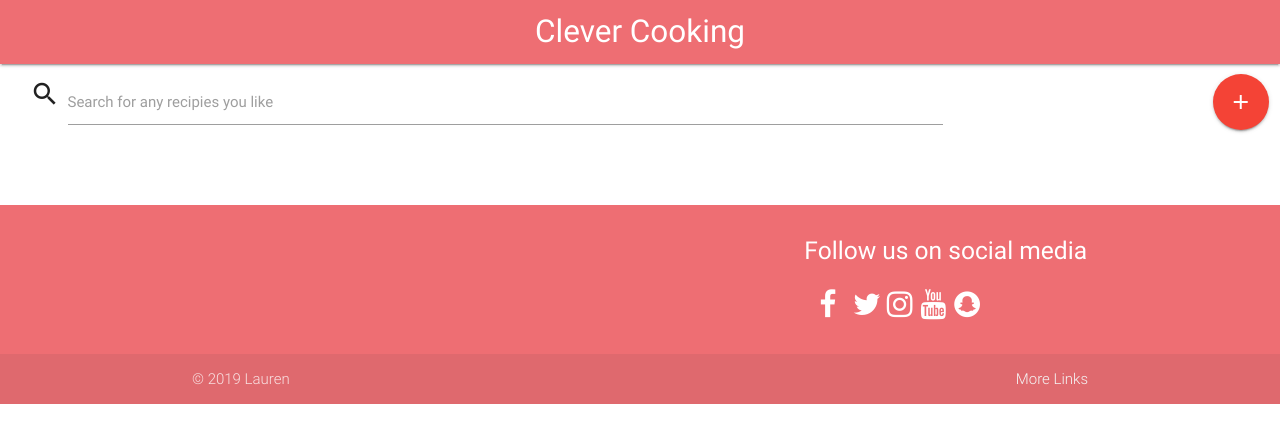
Repository: Code-Institute-Submissions/online-recipe-cookbook
Page: http://localhost/
The author's editor kept a record of every edit. The page is drawn from the files as they stood at one moment, then again after the next edit.
The browser window is 1280 px wide. The pictures show the whole page.
Some web libraries are served in a nearby version. The page is served by the project's application, run on Flask 3 (app.py). Queries for data that is not in the repository find no rows.

Above is the page before.

### templates/home.html
{% extends 'base.html' %}
{% block content %}
<!DOCTYPE html>
<html>
    <head>

    </head>
    <body>
        <div class="row">

            <div class="col s12">
              <div class="row">
                <div class="input-field col s9">
                  <i class="center-align material-icons prefix">search</i>
                  <input method="POST" action="{{url_for('get_recipe_names')}}" type="text" id="autocomplete-input" class="autocomplete">
                  <label for="autocomplete-input">Search for any recipies you like</label>
                </div>
                <a href="{{url_for('add_recipe')}}" class="btn-floating right-align btn-large waves-effect waves-light red" style="float: right; margin-top: 10px"><i class="material-icons">add</i></a>
              </div>
            </div>
         </div>
        <div class="row">
         {% for recipe in recipes %}

             <div class="card col s12 m6 l4 medium">
                <div class="card-image waves-effect waves-block waves-light">
                  <img class="activator" src={{ recipe.image_link}}>
                </div>
                <div class="card-content">
                  <span class="card-title activator grey-text text-darken-4">{{ recipe.recipe_name }}<i class="material-icons right">more_vert</i></span>
                  <p><a href="{{url_for('show_recipe', recipe_id=recipe._id)}}">View full recipe</a></p>
                  <span><i class="material-icons left">favorite</i> <p>{{recipe.likes}}</p></span>
                </div>
                <div class="card-reveal">
                  <span class="card-title grey-text text-darken-4">{{ recipe.recipe_name }}<i class="material-icons right">close</i></span>
                  <p>{{recipe.ingredients}}</p>
                  <span><a href="{{ url_for('edit_recipe', recipe_id=recipe._id)}}"><i class="material-icons right">edit</i></a></span>
                </div>
         </div>

         {% endfor %}

                 </div>
    </body>
</html>
{% endblock %}

### templates/base.html
<!DOCTYPE html>
<html>

<head>
    <link href="https://fonts.googleapis.com/icon?family=Material+Icons" rel="stylesheet">
    <link rel="stylesheet" href="https://cdnjs.cloudflare.com/ajax/libs/materialize/0.100.2/css/materialize.min.css">
    <link rel="stylesheet" href="{{url_for('static', filename='css/style.css')}}" type="text/css"/>
    <link rel="stylesheet" href="https://cdnjs.cloudflare.com/ajax/libs/font-awesome/4.7.0/css/font-awesome.min.css">
</head>

<body>
    <header>
      <nav>
        <div class="nav-wrapper">
          <a href="{{url_for('get_top_recipes')}}" class="brand-logo center">Clever Cooking</a>
        </div>
      </nav>
    </header>
    {% block content %}

    {% endblock %}

    <script src="https://cdnjs.cloudflare.com/ajax/libs/jquery/3.2.1/jquery.min.js"></script>
    <script src="https://cdnjs.cloudflare.com/ajax/libs/materialize/0.100.2/js/materialize.min.js"></script>
    <script type="text/javascript">
    $(document).ready(function(){
    $('.modal').modal();

    function sendItem(val) {
        console.log(val);
    }
    $(function () {
            $('input.autocomplete').autocomplete({
                data: {

                    "Apple": null,
                    "Microsoft": null,
                    "Google": 'http://placehold.it/250x250'
                },
                onAutocomplete: function(txt) {
                  sendItem(txt);
                },
                limit: 20, // The max amount of results that can be shown at once. Default: Infinity.
            });

    });

  });
    </script>

</body>
<footer class="page-footer">
          <div class="container">
            <div class="row">
              <div class="col l6 s12">
                </div>
              <div class="col l4 offset-l2 s12">
                <h5 class="white-text">Follow us on social media</h5>

                  <a href="#"><i class="fa fa-facebook fa-2x"></i></a>
          				<a href="#" ><i class="fa fa-twitter fa-2x"></i></a>
          				<a href="#" ><i class="fa fa-instagram fa-2x"></i></a>
          				<a href="#" ><i class="fa fa-youtube fa-2x"></i></a>
          				<a href="#"> <i class="fa fa-snapchat fa-2x"></i> </a>


              </div>
            </div>
          </div>
          <div class="footer-copyright">
            <div class="container">
            © 2019 Lauren
            <a class="grey-text text-lighten-4 right" href="#!">More Links</a>
            </div>
          </div>
        </footer>
</html>

### app.py
import os
from flask import Flask, render_template, redirect, request, url_for
from flask_pymongo import PyMongo
from bson.objectid import ObjectId

app = Flask(__name__)
app.config["MONGO_DBNAME"] = 'cookbookDb'
#app.config["MONGO_URI"] = os.getenv('MONGO_URI', 'mongodb://localhost')
app.config["MONGO_URI"]="mongodb+srv://root-user96:r00tUser96@myfirstcluster-ehz2d.mongodb.net/cookbookDb?retryWrites=true&w=majority"


mongo = PyMongo(app)

@app.route('/')
@app.route('/get_top_recipes')
def get_top_recipes():
    return render_template("home.html", recipes=mongo.db.recipes.find())

@app.route('/edit_recipe/<recipe_id>')
def edit_recipe(recipe_id):
    the_recipe = mongo.db.recipes.find_one({"_id": ObjectId(recipe_id)})
    return render_template('edit_recipe.html', recipe=the_recipe)

@app.route('/show_recipe/<recipe_id>')
def show_recipe(recipe_id):
    the_recipe = mongo.db.recipes.find_one({"_id": ObjectId(recipe_id)})
    recipe_comments = mongo.db.comments.find({"_recipe_id": ObjectId(recipe_id)})
    return render_template('show_recipe.html', recipe=the_recipe, comments=recipe_comments)

@app.route('/delete_recipe/<recipe_id>')
def delete_recipe(recipe_id):
    mongo.db.recipes.remove({'_id': ObjectId(recipe_id)})
    return redirect(url_for('get_top_recipes'))

@app.route('/add_like_to_recipe/<recipe_id>', methods=['GET'])
def add_like_to_recipe(recipe_id):
    recipes = mongo.db.recipes

    recipes.update(
        {'_id': ObjectId(recipe_id)},
        { '$inc': { 'likes': +1} }
    )

    return redirect(url_for('show_recipe', recipe_id=recipe_id))

@app.route('/add_comment_to_recipe/<recipe_id>', methods=['POST'])
def add_comment_to_recipe(recipe_id):
    recipes = mongo.db.recipes
    comments = mongo.db.comments

    commentdict = { "username": request.form.get('username'), "comment": request.form.get('comment'), "_recipe_id":ObjectId(recipe_id) }
    comments.insert_one(commentdict)

    return redirect(url_for('show_recipe', recipe_id=recipe_id))

@app.route('/update_recipe/<recipe_id>', methods=['POST'])
def update_recipe(recipe_id):
    recipes = mongo.db.recipes
    recipes.update({'_id': ObjectId(recipe_id)},
    {
        'recipe_name':request.form.get('recipe_name'),
        'prep_time':request.form.get('prep_time'),
        'cook_time':request.form.get('cook_time'),
        'ingredients':request.form.get('ingredients'),
        #'cuisine':request.form.get('cuisine'),
        'method_steps':request.form.get('method_steps'),
        'tools_used':request.form.get('tools_used'),
        'image_link':request.form.get('image_link')
    })
    return redirect(url_for('get_top_recipes'))

@app.route('/insert_recipe', methods=['POST'])
def insert_recipe():
    recipes = mongo.db.recipes
    recipes.insert_one(request.form.to_dict())
    return redirect(url_for('get_top_recipes'))

@app.route('/add_recipe')
def add_recipe():
    return render_template("add_recipe.html")

@app.route('/get_recipe_names')
def get_recipe_names():
    return render_template("index.html", names=mongo.db.recipe_names.find())

if __name__ == '__main__':
    app.run(host=os.environ.get('IP'),
            port=int(os.environ.get('PORT')),
            debug=True)

### static/css/style.css
@import url('https://fonts.googleapis.com/css?family=Satisfy&display=swap');
.fa {
  color: white;
  padding: .5em;
  font-size: 2em;
  width: 1em;
  text-decoration: none;
}

After the next edit:
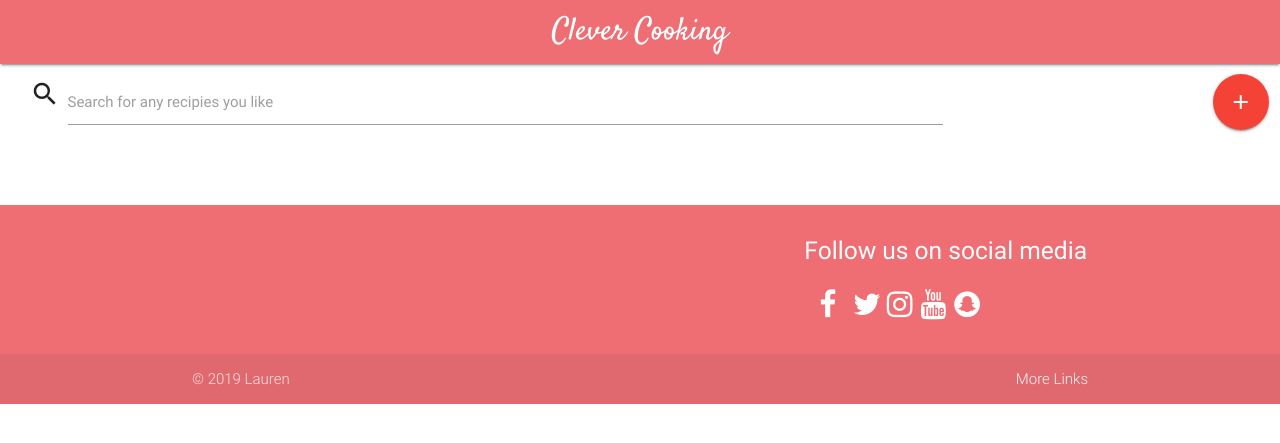
The edit:
--- a/static/css/style.css
+++ b/static/css/style.css
@@ -6,3 +6,12 @@
   width: 1em;
   text-decoration: none;
 }
+
+.nav-wrapper{
+  font-family: 'Satisfy', cursive;
+  font-size: 20px;
+}
+
+header{
+
+}
